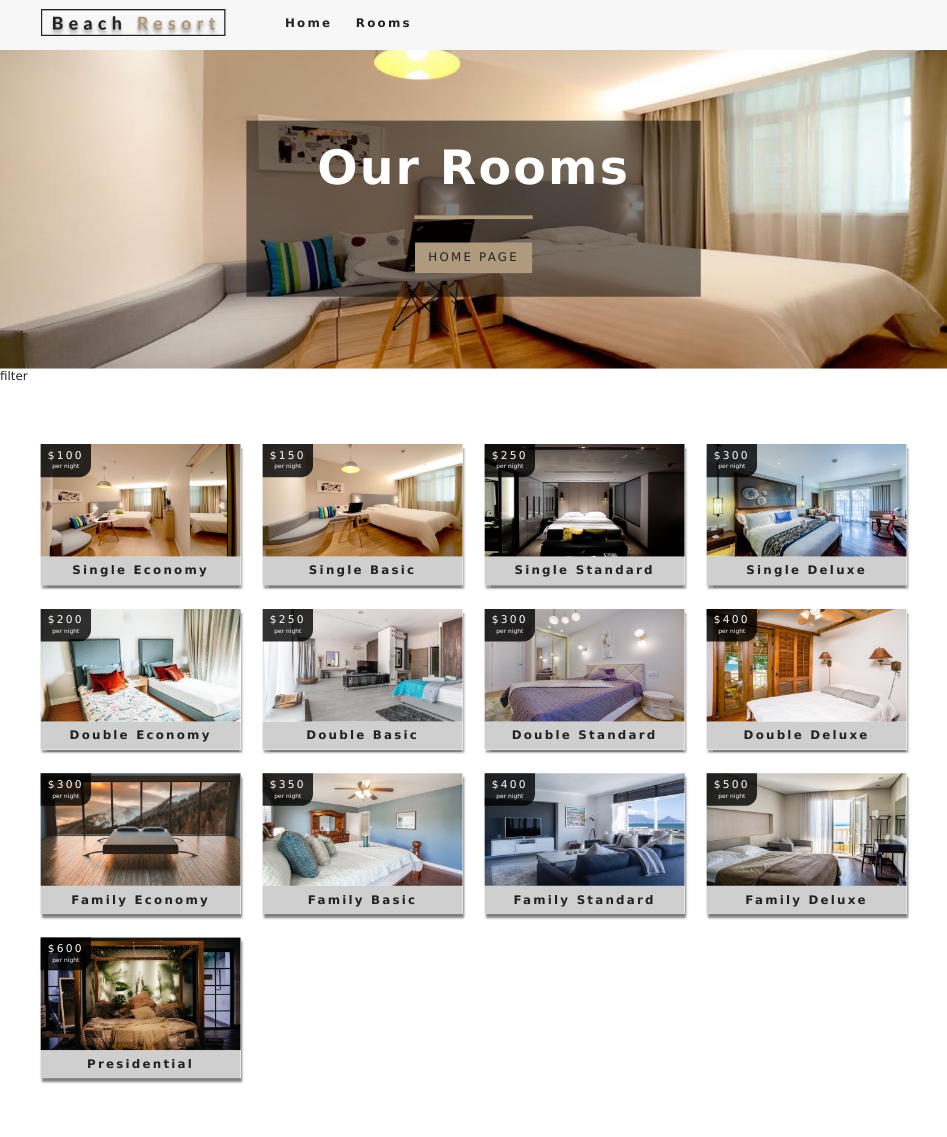
Repository: sanchit01garg/react-beachResort
Page: /rooms
An editor plug-in stored every save of this project. The page is shown before and after the next save, followed by the edit.
The browser window is 1280 px wide. The pictures show the whole page, at 74% of full size.
The project was rebuilt for these pictures with package versions that can differ from the ones it lists, and the page was loaded fresh each time. Also part of the build but not shown: src/components/Title.js, src/components/Services.js, src/components/FeaturedRooms.js, src/pages/Home.js, src/pages/Error.js, src/components/StyledHero.js, src/pages/SingleRoom.js.

Above is the page before, as saved 2021-01-08 16:54:11.

After the next save:
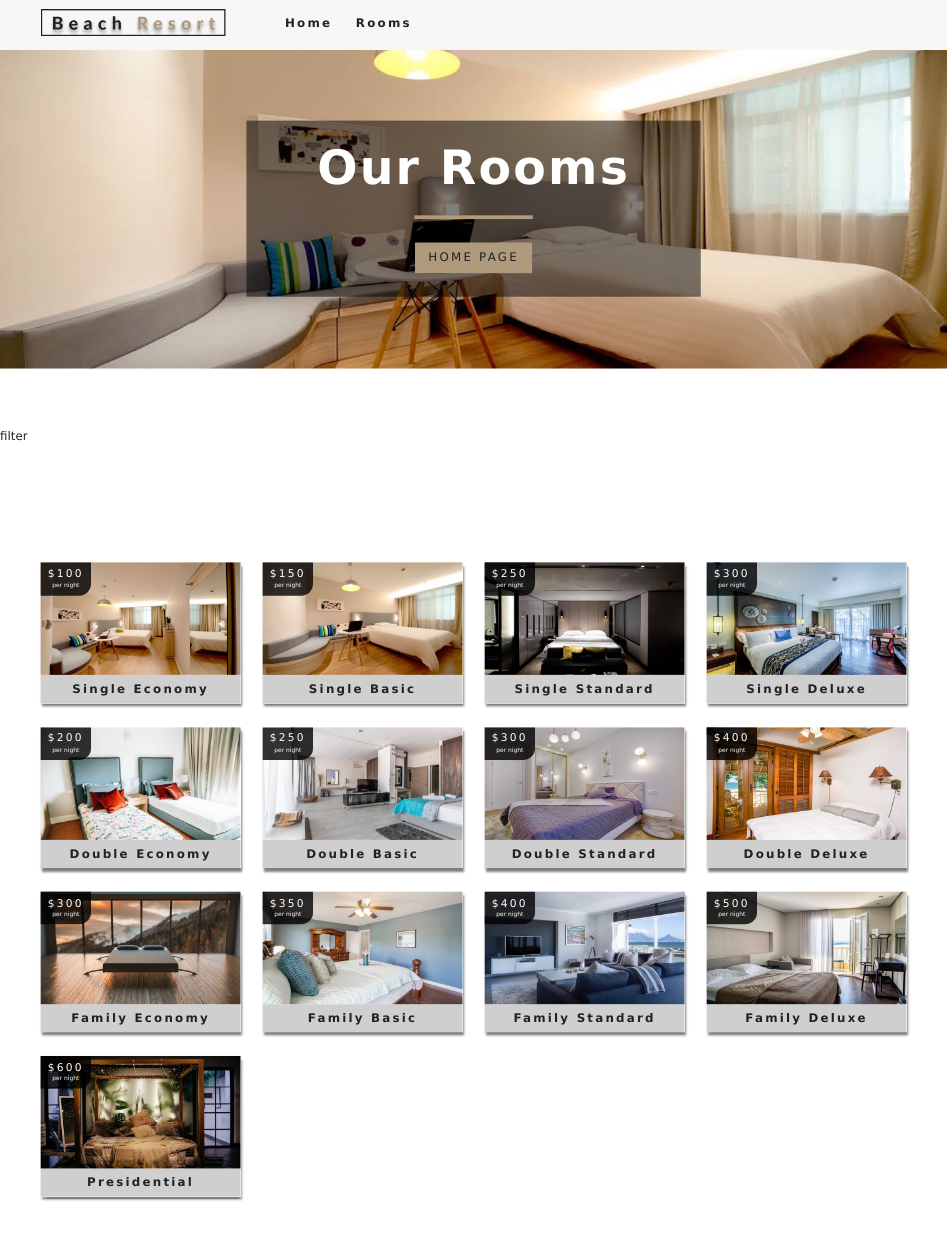
Saved 85 s later.
--- a/src/components/RoomsFilter.js
+++ b/src/components/RoomsFilter.js
@@ -18,5 +18,5 @@ export default function RoomsFilter() {
     pets,
   } = context;
 
-  return <div>filter</div>;
+  return <section className="filter-container">filter</section>;
 }
